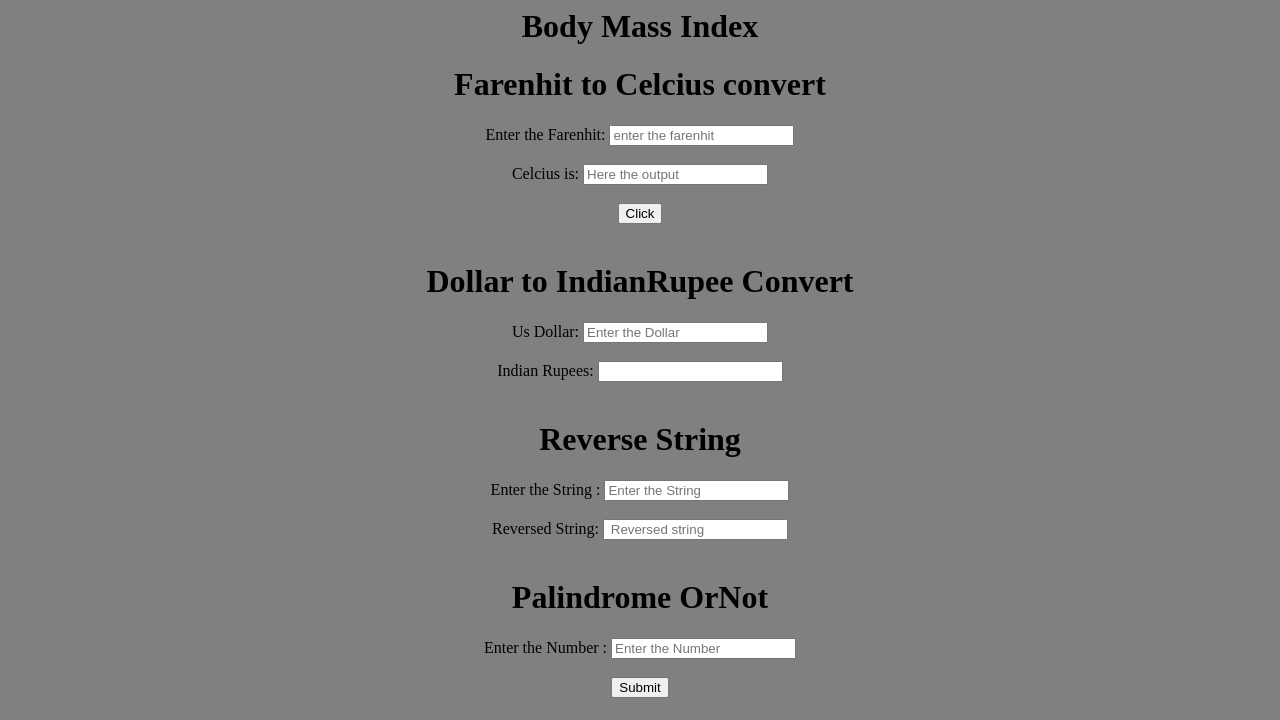
Repository: thatipallyvinod/AdvanceJava
Page: JAVASCRIPT/src/main/webapp/jsp.html
These files come from the project's save history. The page is drawn as it stood at one moment and after the next save; the edit follows.
The browser window is 1280 px wide. The pictures show the whole page.

Above is the page before, as saved 2024-03-25 08:20:23.

After the next save:
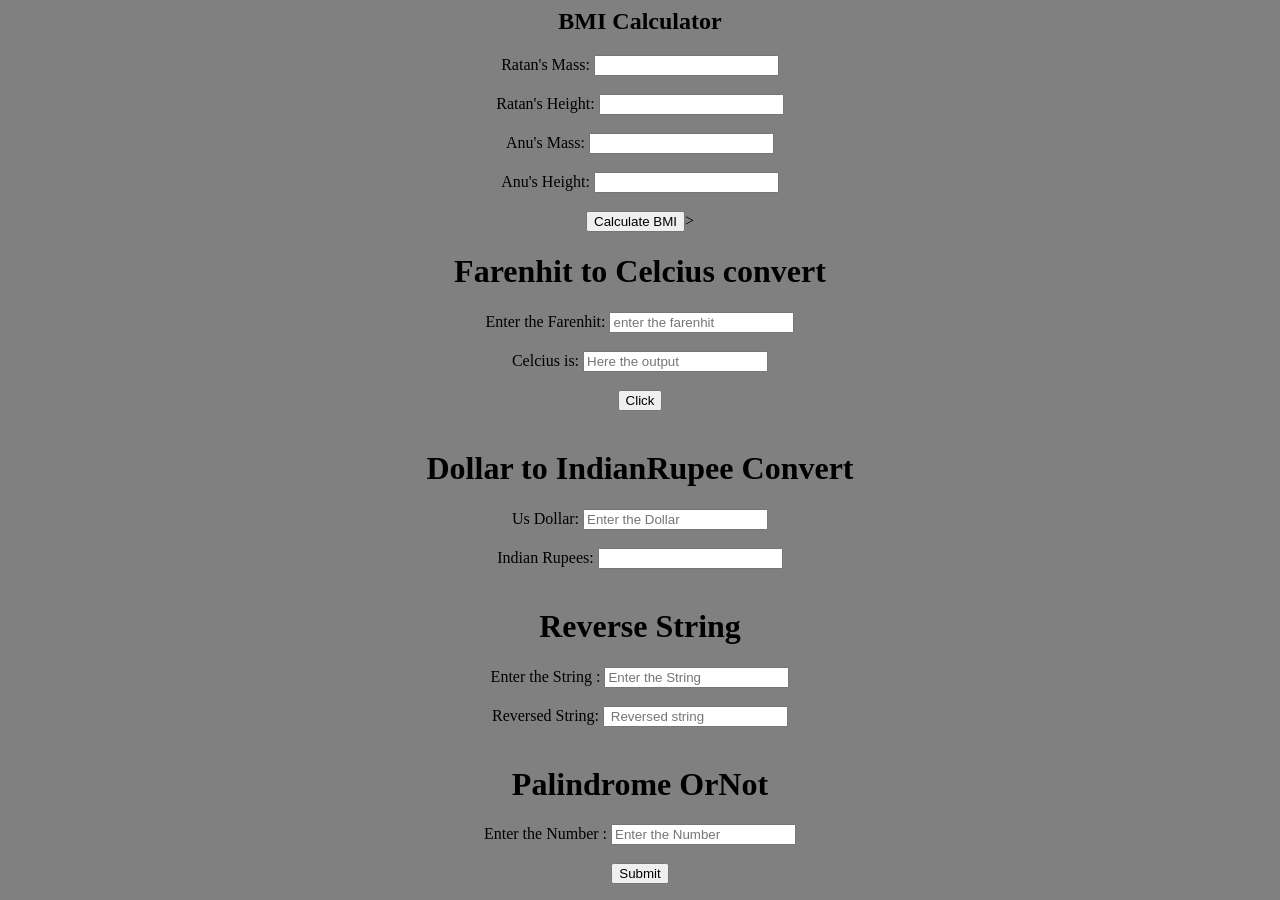
Saved 106 s later.
--- a/JAVASCRIPT/src/main/webapp/jsp.html
+++ b/JAVASCRIPT/src/main/webapp/jsp.html
@@ -4,8 +4,22 @@
 <script type="text/javascript" src="First.js"></script>
 </head>
 <body style="background-color: gray;  text-align: center;">
-<h1>Body Mass Index</h1>
-<label></label>
+<h2>BMI Calculator</h2>
+<form id="bmiForm">
+    <label for="ratanMass">Ratan's Mass:</label>
+    <input type="number" id="ratanMass" name="ratanMass"><br><br>
+
+    <label for="ratanHeight">Ratan's Height:</label>
+    <input type="number" id="ratanHeight" name="ratanHeight"><br><br>
+
+    <label for="anuMass">Anu's Mass:</label>
+    <input type="number" id="anuMass" name="anuMass"><br><br>
+
+    <label for="anuHeight">Anu's Height:</label>
+    <input type="number" id="anuHeight" name="anuHeight"><br><br>
+
+    <button type="button" onclick="calculateBMI()">Calculate BMI</button>>
+</form>
 </body>
 </html>
 
